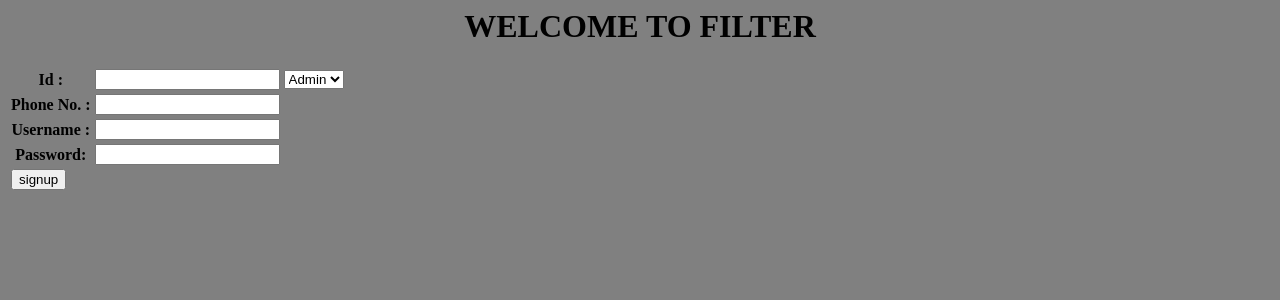
Repository: talkgunish/JAVA-WORLD
Page: advance_java/my_eclipse_java_proj/cookie_session/Filter/WebContent/signup.html
An editor plug-in stored every save of this project. The page is shown before and after the next save, followed by the edit.
The browser window is 1280 px wide. The pictures show the whole page.

Above is the page before, as saved 2018-06-21 08:53:22.

After the next save:
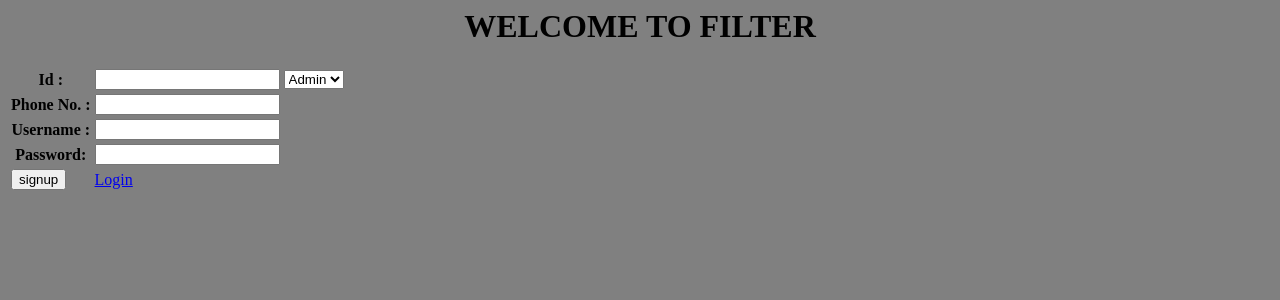
Saved 102 s later.
--- a/advance_java/my_eclipse_java_proj/cookie_session/Filter/WebContent/signup.html
+++ b/advance_java/my_eclipse_java_proj/cookie_session/Filter/WebContent/signup.html
@@ -22,7 +22,8 @@
 <tr><th>Password: </th>
 <td><input type="password" name='password'></td></tr>
 
-<tr><td><input type="submit" value="signup"></td></tr>
+<tr><td><input type="submit" value="signup"></td>
+<td><a href="login.html">Login</a></tr>
 </table>
 </form>
 </body>
